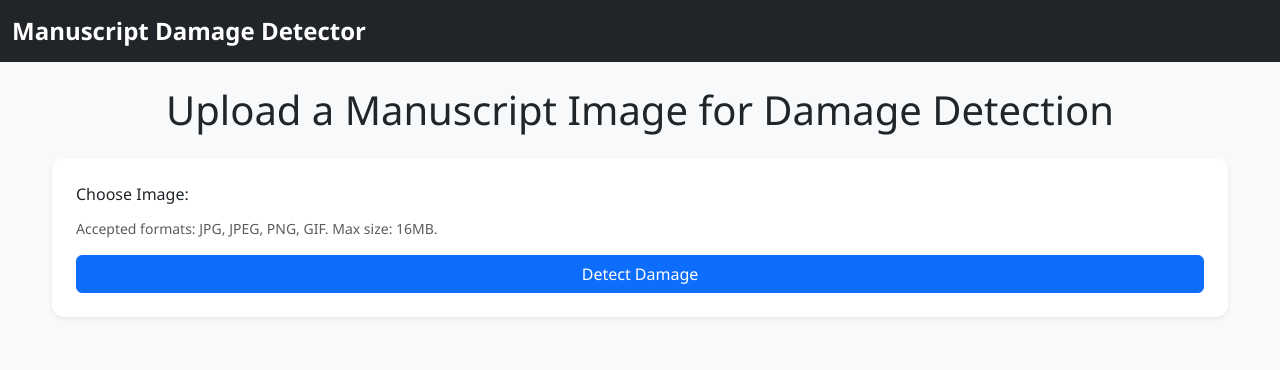
Repository: ravi78863/manuscripts
Page: http://localhost/
The author's editor kept a copy of each file at every save. The page is drawn from the files as they stood at one save, then again after the next save.
The browser window is 1280 px wide. The pictures show the whole page.
The page is served by the project's application, run on Flask 3 (app.py). Other server files are loaded and not shown.

Above is the page before, as saved 2025-11-07 13:19:19.

### templates/index.html
<!DOCTYPE html>
<html lang="en">

<head>
    <meta charset="UTF-8">
    <meta name="viewport" content="width=device-width, initial-scale=1.0">
    <title>Manuscript Damage Detector</title>
    <link href="https://cdn.jsdelivr.net/npm/bootstrap@5.3.0/dist/css/bootstrap.min.css" rel="stylesheet">
    <link rel="stylesheet" href="{{ url_for('static', filename='css/style.css') }}">
</head>

<body>
    <nav class="navbar navbar-expand-lg navbar-dark bg-dark">
        <div class="container-fluid">
            <a class="navbar-brand" href="#">Manuscript Damage Detector</a>
        </div>
    </nav>

    <div class="container mt-4">
        <h1 class="mb-4 text-center">Upload a Manuscript Image for Damage Detection</h1>

        <div class="card p-4 shadow-sm mb-4">
            <form id="uploadForm" enctype="multipart/form-data">
                <div class="mb-3">
                    <label for="manuscriptImage" class="form-label">Choose Image:</label>
                    <input class="form-control" type="file" id="manuscriptImage" name="file"
                        accept=".jpg, .jpeg, .png, .gif" required>
                    <div class="form-text">Accepted formats: JPG, JPEG, PNG, GIF. Max size: 16MB.</div>
                </div>
                <button type="submit" class="btn btn-primary w-100">Detect Damage</button>
            </form>

            <div id="loadingSpinner" class="text-center mt-4 d-none">
                <div class="spinner-border text-primary" role="status">
                    <span class="visually-hidden">Loading...</span>
                </div>
                <p class="mt-2">Processing image and detecting damage...</p>
            </div>

            <div id="errorMessage" class="alert alert-danger mt-4 d-none" role="alert">
                An error occurred during processing. Please try again.
            </div>
        </div>

        <div id="resultsDisplay" class="row d-none">
            <div class="col-12 text-center mb-3">
                <h2 id="damagePercentage" class="text-danger"></h2>
            </div>
            <div class="col-md-4 mb-3">
                <div class="card h-100">
                    <div class="card-header text-center bg-light">Original Manuscript</div>
                    <div class="card-body d-flex justify-content-center align-items-center">
                        <img id="originalImage" src="" alt="Original Manuscript" class="img-fluid result-img">
                    </div>
                </div>
            </div>
            <div class="col-md-4 mb-3">
                <div class="card h-100">
                    <div class="card-header text-center bg-light">Damage Probability Heatmap</div>
                    <div class="card-body d-flex justify-content-center align-items-center">
                        <img id="heatmapImage" src="" alt="Damage Probability Heatmap" class="img-fluid result-img">
                    </div>
                </div>
            </div>
            <div class="col-md-4 mb-3">
                <div class="card h-100">
                    <div class="card-header text-center bg-light">Predicted Damage Overlay</div>
                    <div class="card-body d-flex justify-content-center align-items-center">
                        <img id="overlayImage" src="" alt="Predicted Damage Overlay" class="img-fluid result-img">
                    </div>
                </div>
            </div>
        </div>
    </div>

    <script src="https://cdn.jsdelivr.net/npm/bootstrap@5.3.0/dist/js/bootstrap.bundle.min.js"></script>
    <script src="{{ url_for('static', filename='js/script.js') }}"></script>
</body>

</html>

### app.py
import os
from flask import Flask, render_template, request, jsonify
from werkzeug.utils import secure_filename
from PIL import Image
import numpy as np
import cv2
import base64
from io import BytesIO
import torch  # <-- THIS IS THE FIX

# Import your model logic
from model.manuscript_model import ManuscriptDamageDetector

# --- Configuration from your notebook ---
CONFIG = {
    "model_path": "best_model.pth",  # <-- Make sure this file is in the root folder
    "encoder": "resnet34",
    "classes": 2,
    # This line now works because we imported torch
    "device": "cuda" if torch.cuda.is_available() else "cpu",
    "threshold": 0.85
}
# --- End Configuration ---

app = Flask(__name__)
app.secret_key = 'supersecretkey_replace_me'
app.config['UPLOAD_FOLDER'] = 'uploads/'
app.config['ALLOWED_EXTENSIONS'] = {'png', 'jpg', 'jpeg'}
app.config['MAX_CONTENT_LENGTH'] = 16 * 1024 * 1024 # 16 MB

os.makedirs(app.config['UPLOAD_FOLDER'], exist_ok=True)

# Initialize the model globally
try:
    manuscript_detector = ManuscriptDamageDetector(
        model_path=CONFIG["model_path"],
        encoder=CONFIG["encoder"],
        classes=CONFIG["classes"],
        device=CONFIG["device"],
        threshold=CONFIG["threshold"]
    )
except Exception as e:
    print(f"FATAL ERROR: Could not initialize model: {e}")
    print("Please check model path and ensure 'legacy_models.py' is in the 'model/' directory.")
    manuscript_detector = None

def allowed_file(filename):
    return '.' in filename and \
           filename.rsplit('.', 1)[1].lower() in app.config['ALLOWED_EXTENSIONS']

def encode_image_to_base64(image_array_rgb):
    """Converts a NumPy RGB array (0-255) to a base64 string."""
    img = Image.fromarray(image_array_rgb.astype('uint8'), 'RGB')
    buffered = BytesIO()
    img.save(buffered, format="JPEG")
    return base64.b64encode(buffered.getvalue()).decode('utf-8')

@app.route('/')
def index():
    return render_template('index.html')

@app.route('/upload', methods=['POST'])
def upload_file():
    if 'file' not in request.files:
        return jsonify({'error': 'No file part'}), 400
    file = request.files['file']
    if file.filename == '':
        return jsonify({'error': 'No selected file'}), 400

    if file and allowed_file(file.filename):
        filename = secure_filename(file.filename)
        filepath = os.path.join(app.config['UPLOAD_FOLDER'], filename)
        file.save(filepath)

        if manuscript_detector is None:
            return jsonify({'error': 'Model is not loaded. Server configuration error.'}), 500

        try:
            # --- Run the full pipeline ---
            # The predict method now does all the work
            results = manuscript_detector.predict(filepath)

            # --- Encode results to base64 ---
            original_img_base64 = encode_image_to_base64(results["original_image_rgb"])
            heatmap_img_base64 = encode_image_to_base64(results["heatmap_image_rgb"])
            overlay_img_base64 = encode_image_to_base64(results["overlay_image_rgb"])

            return jsonify({
                'original_image': original_img_base64,
                'heatmap_image': heatmap_img_base64,
                'overlay_image': overlay_img_base64,
                'damage_percentage': results["damage_percentage"]
            })

        except Exception as e:
            print(f"Error processing image {filename}: {e}")
            # Send a more specific error to the user if it's a known non-critical issue
            if "Page mask is empty" in str(e):
                 return jsonify({'error': 'Could not process image. Is it all white?'}), 500
            return jsonify({'error': f'Error processing image: {e}'}), 500

    return jsonify({'error': 'File type not allowed'}), 400

if __name__ == '__main__':
    app.run(debug=True)

### static/css/style.css
body {
    background-color: #f8f9fa;
    font-family: 'Segoe UI', Tahoma, Geneva, Verdana, sans-serif;
}

.navbar-brand {
    font-weight: bold;
    font-size: 1.5rem;
}

.container {
    max-width: 1200px;
}

.card {
    border-radius: 0.75rem;
    border: none;
    transition: transform 0.2s ease-in-out;
}

.card:hover {
    transform: translateY(-5px);
}

.card-header {
    font-weight: bold;
    background-color: #e9ecef;
    border-bottom: 1px solid rgba(0, 0, 0, .125);
    border-top-left-radius: 0.75rem;
    border-top-right-radius: 0.75rem;
    padding: 0.75rem 1.25rem;
}

.result-img {
    max-width: 100%;
    height: auto;
    border-radius: 0.5rem;
    box-shadow: 0 0.125rem 0.25rem rgba(0, 0, 0, 0.075);
}

#damagePercentage {
    font-size: 2rem;
    font-weight: bold;
}

#loadingSpinner {
    color: #0d6efd;
    /* Primary blue */
}

.spinner-border {
    width: 3rem;
    height: 3rem;
}

/* --- New Drop Zone Styles --- */

/* The main drop zone container */
.drop-zone {
    display: flex;
    flex-direction: column;
    justify-content: center;
    align-items: center;
    padding: 40px;
    border: 2px dashed #0d6efd;
    /* Primary blue dashed border */
    border-radius: 0.75rem;
    background-color: #f8f9fa;
    /* Light gray background */
    cursor: pointer;
    transition: background-color 0.2s ease-in-out, border-color 0.2s ease-in-out;
}

/* Style when user is dragging a file over the box */
.drop-zone-over {
    background-color: #e0e9ff;
    /* Light blue background */
    border-color: #0a58ca;
    /* Darker blue border */
}

/* The prompt text like "Click or Drag..." */
.drop-zone-prompt {
    font-size: 1.25rem;
    font-weight: 500;
    color: #333;
    margin-top: 15px;
}

/* The "Supports PNG..." text */
.drop-zone-formats {
    font-size: 0.9rem;
    color: #6c757d;
    /* Muted gray text */
    margin-top: 5px;
}

/* The upload icon */
.upload-icon {
    width: 40px;
    height: 40px;
    color: #0d6efd;
    /* Primary blue */
}

/* This is the actual file input - we hide it */
#manuscriptImage {
    display: none;
}

### static/js/script.js
document.addEventListener('DOMContentLoaded', function () {
    const uploadForm = document.getElementById('uploadForm');
    const manuscriptImageInput = document.getElementById('manuscriptImage');
    const loadingSpinner = document.getElementById('loadingSpinner');
    const errorMessage = document.getElementById('errorMessage');
    const resultsDisplay = document.getElementById('resultsDisplay');
    const originalImage = document.getElementById('originalImage');
    const heatmapImage = document.getElementById('heatmapImage');
    const overlayImage = document.getElementById('overlayImage');
    const damagePercentage = document.getElementById('damagePercentage');

    uploadForm.addEventListener('submit', async function (event) {
        event.preventDefault(); // Prevent default form submission

        const file = manuscriptImageInput.files[0];
        if (!file) {
            alert('Please select an image file.');
            return;
        }

        // Show loading spinner, hide previous results/errors
        loadingSpinner.classList.remove('d-none');
        resultsDisplay.classList.add('d-none');
        errorMessage.classList.add('d-none');

        const formData = new FormData();
        formData.append('file', file);

        try {
            const response = await fetch('/upload', {
                method: 'POST',
                body: formData
            });

            if (!response.ok) {
                const errorData = await response.json();
                throw new Error(errorData.error || `HTTP error! Status: ${response.status}`);
            }

            const data = await response.json();

            // Display results
            originalImage.src = `data:[embedded picture, 47 characters]
            heatmapImage.src = `data:[embedded picture, 46 characters]
            overlayImage.src = `data:[embedded picture, 46 characters]
            damagePercentage.textContent = `Predicted Physical Damage: ${data.damage_percentage}`;

            resultsDisplay.classList.remove('d-none'); // Show results section

        } catch (error) {
            console.error('Upload failed:', error);
            errorMessage.textContent = `Error: ${error.message}`;
            errorMessage.classList.remove('d-none');
        } finally {
            loadingSpinner.classList.add('d-none'); // Hide loading spinner
        }
    });
});

After the next save:
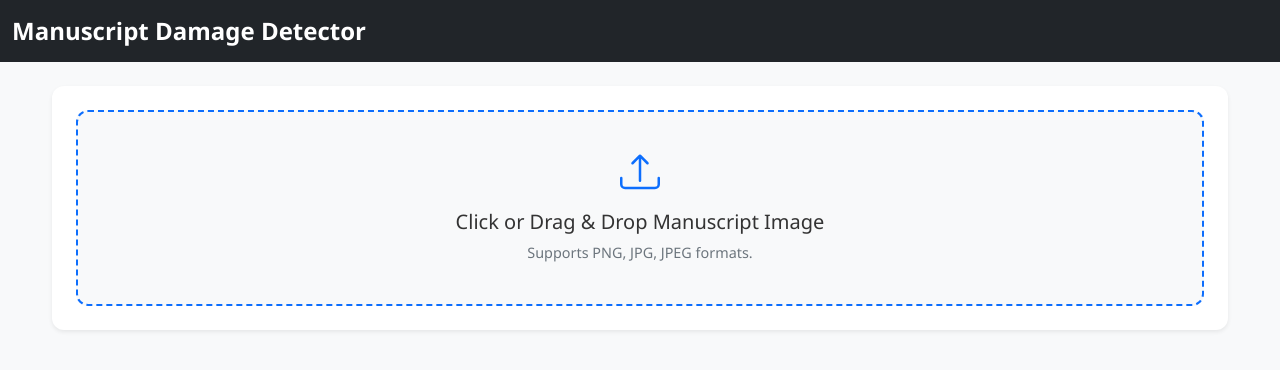
Saved 26 s later.
--- a/templates/index.html
+++ b/templates/index.html
@@ -17,32 +17,9 @@
     </nav>
 
     <div class="container mt-4">
-        <h1 class="mb-4 text-center">Upload a Manuscript Image for Damage Detection</h1>
 
-        <div class="card p-4 shadow-sm mb-4">
-            <form id="uploadForm" enctype="multipart/form-data">
-                <div class="mb-3">
-                    <label for="manuscriptImage" class="form-label">Choose Image:</label>
-                    <input class="form-control" type="file" id="manuscriptImage" name="file"
-                        accept=".jpg, .jpeg, .png, .gif" required>
-                    <div class="form-text">Accepted formats: JPG, JPEG, PNG, GIF. Max size: 16MB.</div>
-                </div>
-                <button type="submit" class="btn btn-primary w-100">Detect Damage</button>
-            </form>
-
-            <div id="loadingSpinner" class="text-center mt-4 d-none">
-                <div class="spinner-border text-primary" role="status">
-                    <span class="visually-hidden">Loading...</span>
-                </div>
-                <p class="mt-2">Processing image and detecting damage...</p>
-            </div>
-
-            <div id="errorMessage" class="alert alert-danger mt-4 d-none" role="alert">
-                An error occurred during processing. Please try again.
-            </div>
-        </div>
-
-        <div id="resultsDisplay" class="row d-none">
+        <!-- Results Display (Moved to top for better flow) -->
+        <div id="resultsDisplay" class="row d-none mb-4">
             <div class="col-12 text-center mb-3">
                 <h2 id="damagePercentage" class="text-danger"></h2>
             </div>
@@ -71,6 +48,38 @@
                 </div>
             </div>
         </div>
+
+        <!-- New Upload Zone -->
+        <div class="card p-4 shadow-sm mb-4">
+            <form id="uploadForm" enctype="multipart/form-data">
+                <div id="dropZone" class="drop-zone">
+                    <!-- Upload Icon (Inline SVG) -->
+                    <svg class="upload-icon" xmlns="http://www.w3.org/2000/svg" width="50" height="50"
+                        fill="currentColor" class="bi bi-upload" viewBox="0 0 16 16">
+                        <path
+                            d="M.5 9.9a.5.5 0 0 1 .5.5v2.5a1 1 0 0 0 1 1h12a1 1 0 0 0 1-1v-2.5a.5.5 0 0 1 1 0v2.5a2 2 0 0 1-2 2H2a2 2 0 0 1-2-2v-2.5a.5.5 0 0 1 .5-.5z" />
+                        <path
+                            d="M7.646 1.146a.5.5 0 0 1 .708 0l3 3a.5.5 0 0 1-.708.708L8.5 2.707V11.5a.5.5 0 0 1-1 0V2.707L5.354 4.854a.5.5 0 1 1-.708-.708l3-3z" />
+                    </svg>
+                    <span class="drop-zone-prompt">Click or Drag & Drop Manuscript Image</span>
+                    <span class="drop-zone-formats">Supports PNG, JPG, JPEG formats.</span>
+                    <input class="form-control" type="file" id="manuscriptImage" name="file" accept=".jpg, .jpeg, .png"
+                        required>
+                </div>
+            </form>
+
+            <div id="loadingSpinner" class="text-center mt-4 d-none">
+                <div class="spinner-border text-primary" role="status">
+                    <span class="visually-hidden">Loading...</span>
+                </div>
+                <p class="mt-2">Processing image and detecting damage...</p>
+            </div>
+
+            <div id="errorMessage" class="alert alert-danger mt-4 d-none" role="alert">
+                An error occurred during processing. Please try again.
+            </div>
+        </div>
+
     </div>
 
     <script src="https://cdn.jsdelivr.net/npm/bootstrap@5.3.0/dist/js/bootstrap.bundle.min.js"></script>
